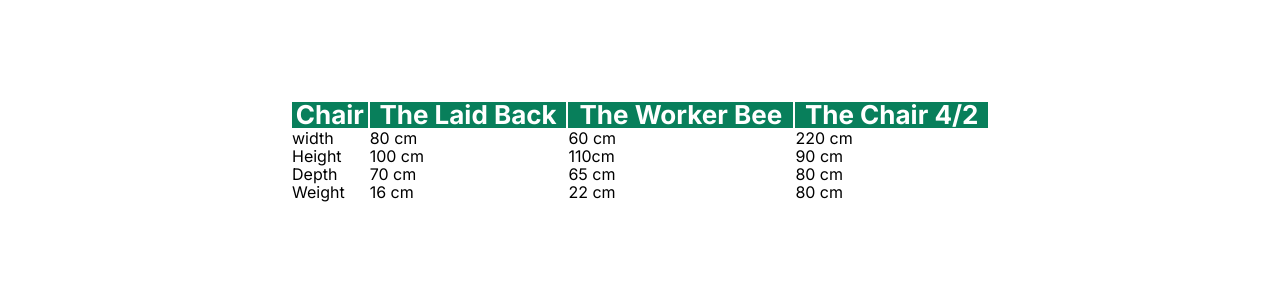
Repository: Ahmed123rezk123/06-Components
Page: table.html
These files come from the project's save history. The page is drawn as it stood at one moment and after the next save; the edit follows.
The browser window is 1280 px wide. The pictures show the whole page.

Above is the page before, as saved 2024-09-16 09:27:52.

After the next save:
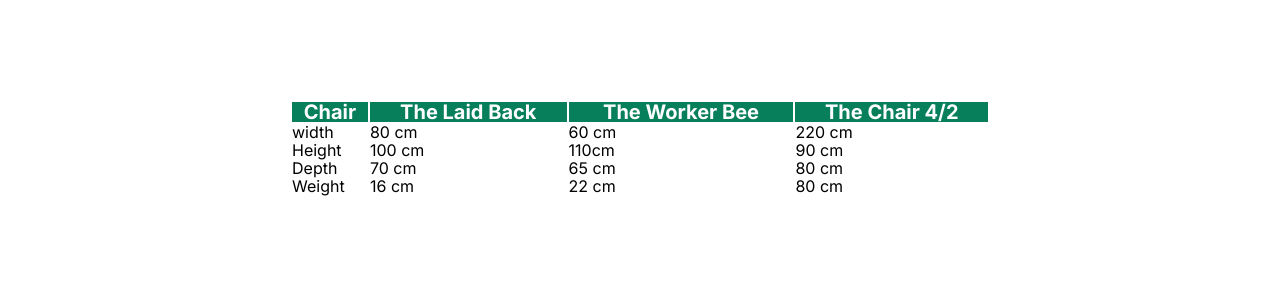
Saved 7 s later.
--- a/table.html
+++ b/table.html
@@ -28,7 +28,7 @@
       thead {
         background-color: #087f5b;
         color: #fff;
-        font-size: 26px;
+        font-size: 20px;
         font-weight: bold;
       }
     </style>
